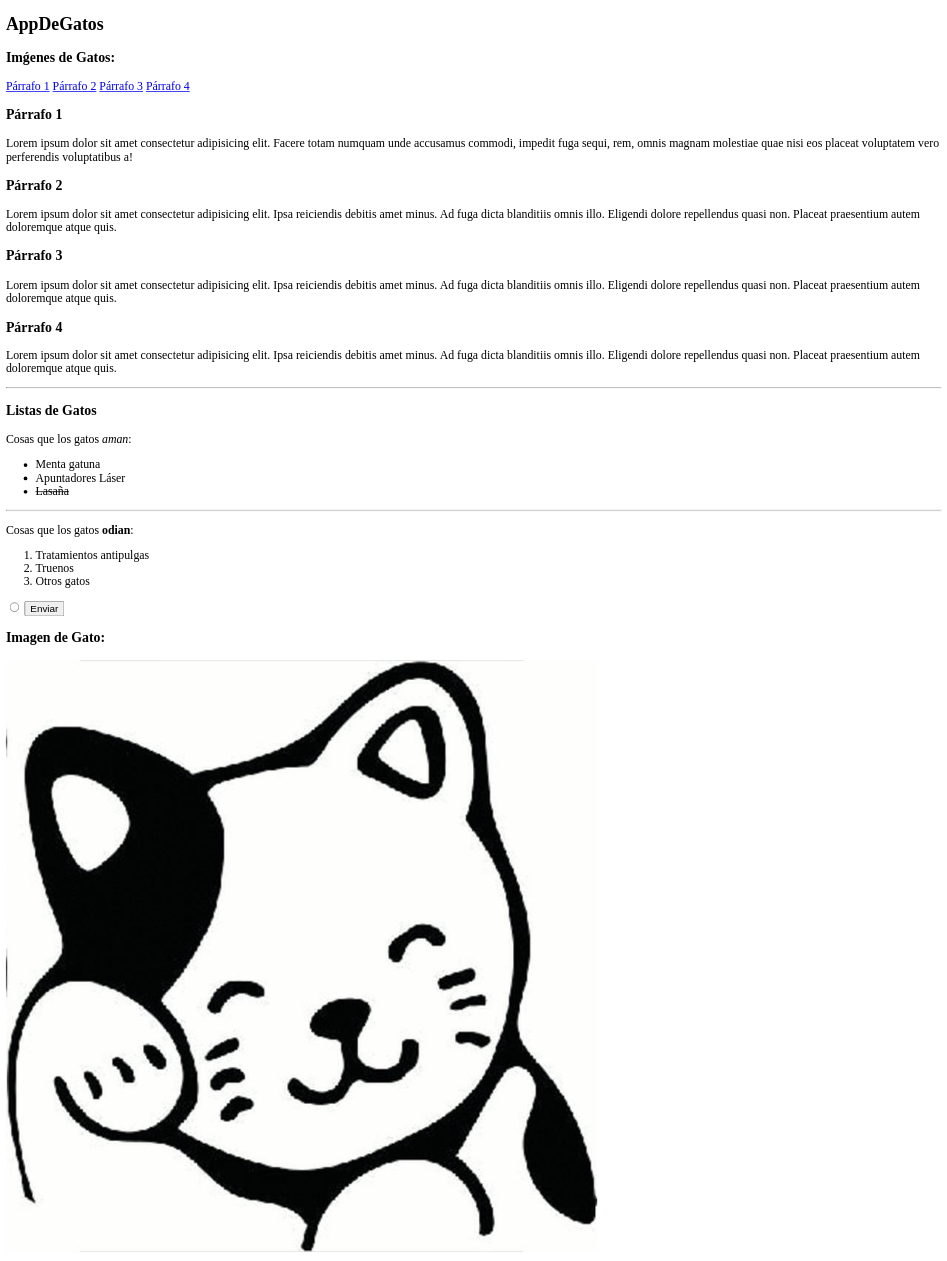
Repository: pedro-donoso/curso-html---css
Page: index.html
An editor plug-in stored every save of this project. The page is shown before and after the next save, followed by the edit.
The browser window is 1280 px wide. The pictures show the whole page, at 74% of full size.

Above is the page before, as saved 2023-11-07 11:41:24.

### index.html
<!DOCTYPE html>
<html lang="es">

<head>
  <meta charset="UTF-8">
  <meta name="viewport" content="width=device-width, initial-scale=1.0">
  <title>Curso HTML & CSS</title>
</head>

<body>
  <h2>AppDeGatos</h2>
  <main>
    <h3>Imǵenes de Gatos:</h3>

   <a href="#parrafo-1">Párrafo 1</a>
   <a href="#parrafo-2">Párrafo 2</a>
   <a href="#parrafo-3">Párrafo 3</a>
   <a href="#parrafo-4">Párrafo 4</a>

   <h3 id="parrafo-1">Párrafo 1</h3>

   <p>Lorem ipsum dolor sit amet consectetur adipisicing elit. Facere totam numquam unde accusamus commodi, impedit fuga sequi, rem, omnis magnam molestiae quae nisi eos placeat voluptatem vero perferendis voluptatibus a!</p>

   <h3 id="parrafo-2">Párrafo 2</h3>

   <p>Lorem ipsum dolor sit amet consectetur adipisicing elit. Ipsa reiciendis debitis amet minus. Ad fuga dicta blanditiis omnis illo. Eligendi dolore repellendus quasi non. Placeat praesentium autem doloremque atque quis.</p>

   <h3 id="parrafo-3">Párrafo 3</h3>

   <p>Lorem ipsum dolor sit amet consectetur adipisicing elit. Ipsa reiciendis debitis amet minus. Ad fuga dicta blanditiis omnis illo. Eligendi dolore repellendus quasi non. Placeat praesentium autem doloremque atque quis.</p>

   <h3 id="parrafo-4">Párrafo 4</h3>

   <p>Lorem ipsum dolor sit amet consectetur adipisicing elit. Ipsa reiciendis debitis amet minus. Ad fuga dicta blanditiis omnis illo. Eligendi dolore repellendus quasi non. Placeat praesentium autem doloremque atque quis.</p>

   <hr>

  <h3>Listas de Gatos</h3>

  <p>Cosas que los gatos <em>aman</em>:</p>
  <ul>
    <li>Menta gatuna</li>
    <li>Apuntadores Láser</li>
    <li><s>Lasaña</s></li>
  </ul>

  <hr>

  <p>Cosas que los gatos <strong>odian</strong>:</p>
  <ol>
    <li>Tratamientos antipulgas</li>
    <li>Truenos</li>
    <li>Otros gatos</li>
  </ol>

  <form action="/enviar-respuesta">
    <input type="radio" Interior
    <input type="text" placeholder="URL de la foto de tu gato" required>
    <button type="submit">Enviar</button>
  </form>

    <h3>Imagen de Gato:</h3>
  <a href="https://www.freecodecamp.org/espanol/" target="_blank" rel="noopener noreferrer"><img src="./assets/img/gato.jpg" alt="gato"></a>

  </main>
</body>

</html>

After the next save:
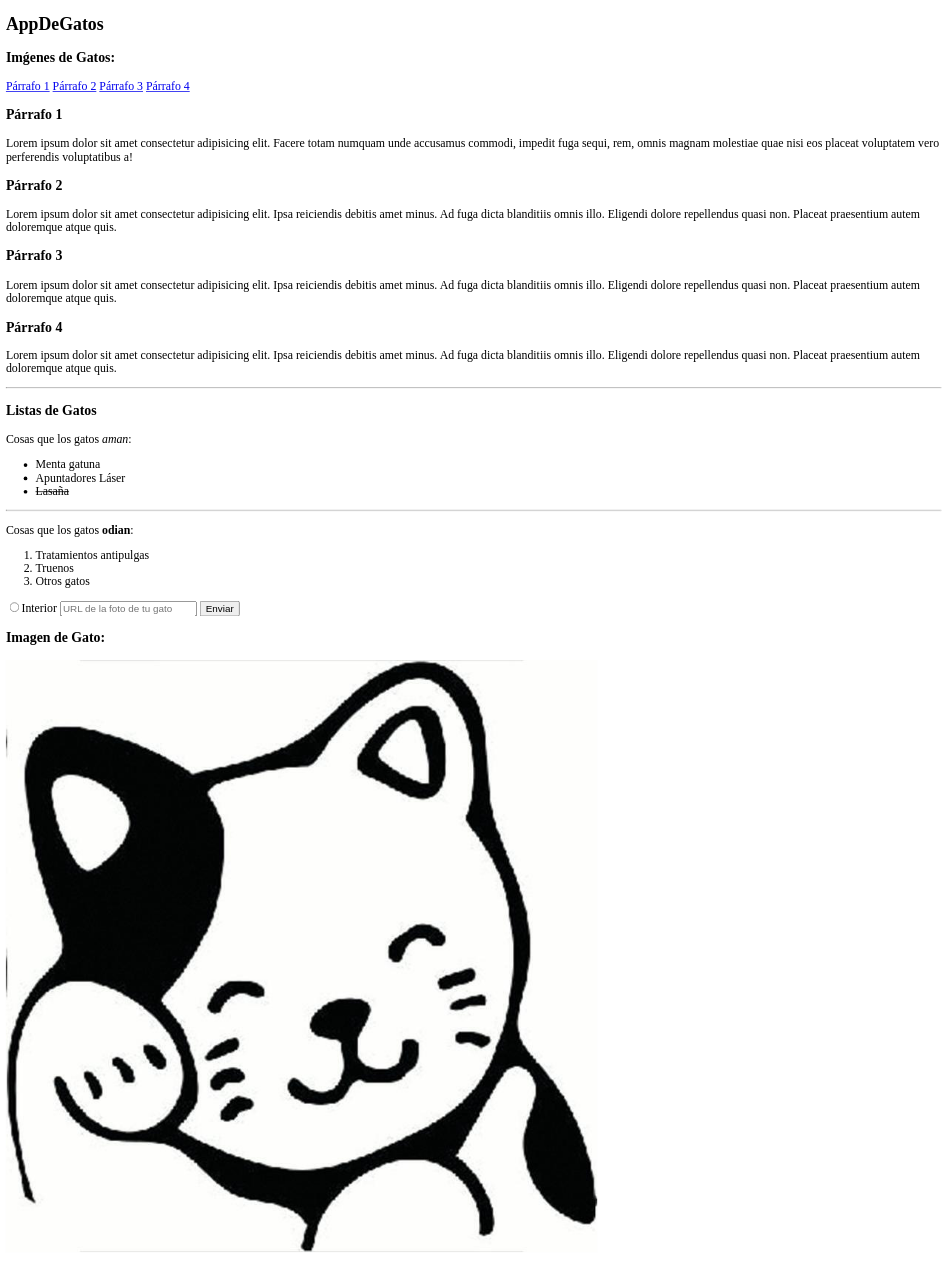
Saved 16 s later.
--- a/index.html
+++ b/index.html
@@ -54,7 +54,7 @@
   </ol>
 
   <form action="/enviar-respuesta">
-    <input type="radio" Interior
+    <input type="radio">Interior
     <input type="text" placeholder="URL de la foto de tu gato" required>
     <button type="submit">Enviar</button>
   </form>
